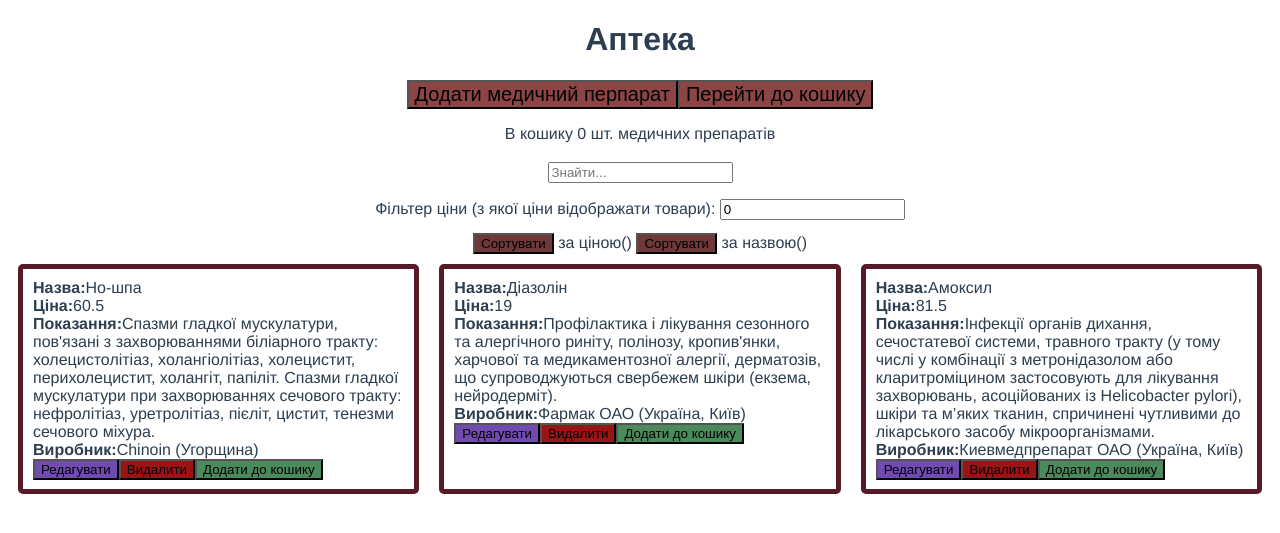
Repository: kristinap8/pharmacy
Page: /
The author's editor kept a copy of each file at every save. The page is drawn from the files as they stood at one save, then again after the next save.
The browser window is 1280 px wide. The pictures show the whole page.
The project was rebuilt for these pictures with package versions that can differ from the ones it lists, and the page was loaded fresh each time. Also part of the build but not shown: src/components/AddMedicineForm/index.vue, src/pages/AddMedicine/index.vue, src/components/EditMedicineForm/index.vue, src/pages/EditMedicine/index.vue, src/components/CartForm/index.vue, src/pages/Cart/index.vue.

Above is the page before, as saved 2020-12-10 13:30:07.

After the next save:
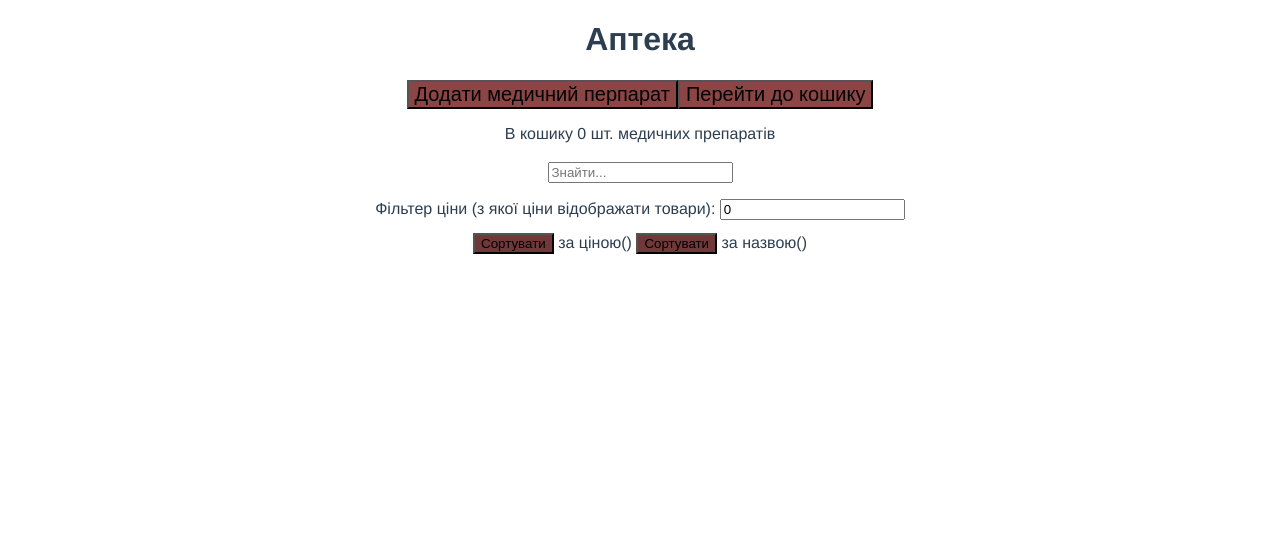
Saved 12 s later.
--- a/src/components/MedicinesList/index.vue
+++ b/src/components/MedicinesList/index.vue
@@ -17,7 +17,7 @@
         </div>
     <div class="list-container">
     <medicine-card
-    v-for="medicine in getMedicines"
+    v-for="medicine in filteredMedicines"
     :key="medicine.id"
     :id="medicine.id"
     :name="medicine.name || undefined"
